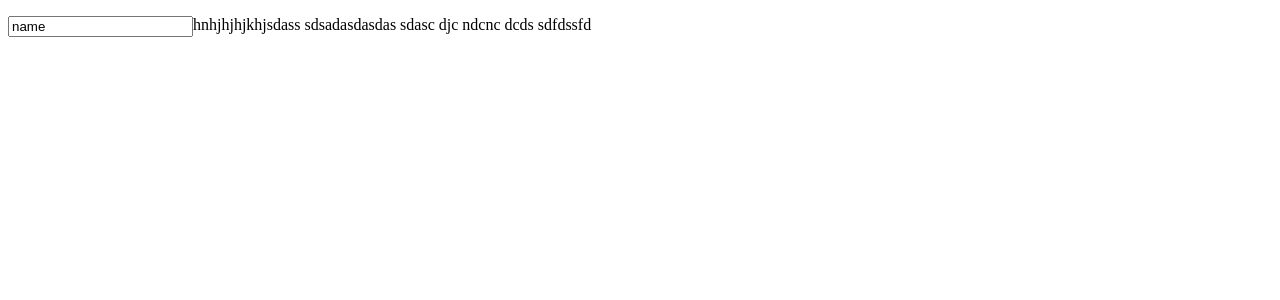
Repository: umangtalpara/ajax
Page: html.html
An editor plug-in stored every save of this project. The page is shown before and after the next save, followed by the edit.
The browser window is 1280 px wide. The pictures show the whole page.

Above is the page before, as saved 2021-07-08 10:14:07.

### html.html
<!DOCTYPE html>
<html lang="en">

<head>
    <meta charset="UTF-8">
    <meta http-equiv="X-UA-Compatible" content="IE=edge">
    <meta name="viewport" content="width=device-width, initial-scale=1.0">
    <title>Document</title>


</head>

<body>

        <input style="float: left" type="text" id="name" value="name" />
        <p > hnhjhjhjkhjsdass sdsadasdasdas sdasc djc ndcnc dcds sdfdssfd</p>

</body>

</html>

After the next save:
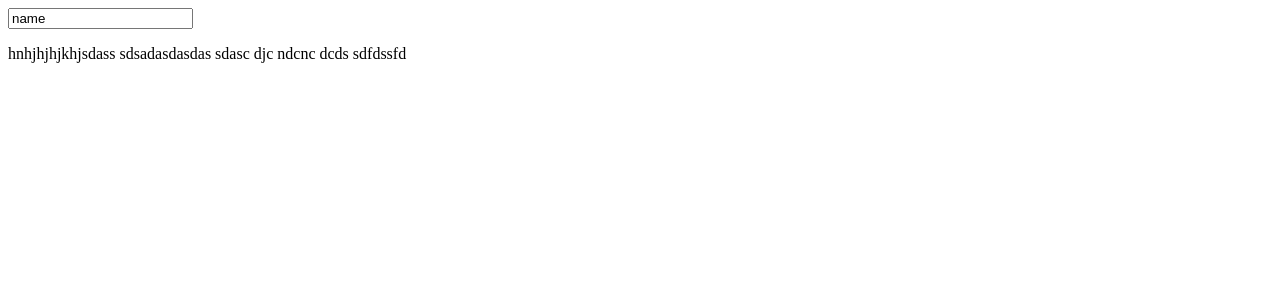
Saved 5 s later.
--- a/html.html
+++ b/html.html
@@ -12,7 +12,7 @@
 
 <body>
 
-        <input style="float: left" type="text" id="name" value="name" />
+        <input  type="text" id="name" value="name" />
         <p > hnhjhjhjkhjsdass sdsadasdasdas sdasc djc ndcnc dcds sdfdssfd</p>
 
 </body>
